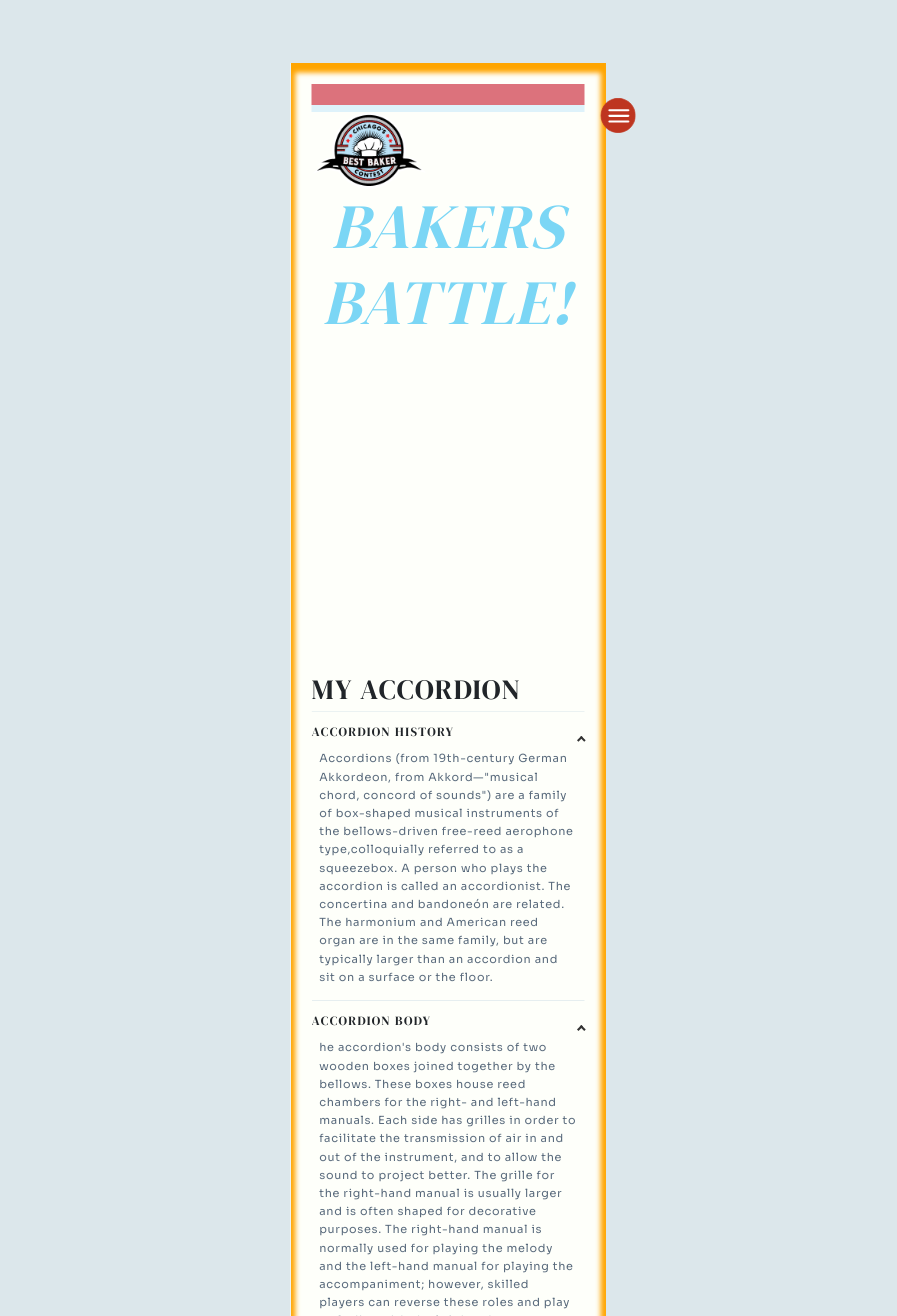
Repository: sarahnnanyelugo/bakers-battle
Page: /faq
These files come from the project's save history. The page is drawn as it stood at one moment and after the next save; the edit follows.
The browser window is 1280 px wide. The page is 1280 px wide, then 1282 px, so the pictures cover 1282 px, including what lies to the right of the window. The pictures show the part of the page from y = 0 to 1880 px (the page is 3487 px tall before and 2142 px after), at 70% of full size.
The project was rebuilt for these pictures with package versions that can differ from the ones it lists, and the page was loaded fresh each time. Also part of the build but not shown: src/components/ScreenSlide/slide.scss, src/components/ScreenSlide/ScreenSlide.js, src/pages/Home/home.scss, src/pages/Home/Home.js.

Above is the page before, as saved 2024-07-09 22:21:06.

### src/App.js
import logo from "./logo.svg";
import "./App.scss";
import "bootstrap/dist/css/bootstrap.min.css";
import { BrowserRouter, Routes, Route, Link, Outlet } from "react-router-dom";
import { Home } from "./pages/Home/Home";
import { Navbar } from "./components/Navbar/Navbar";
import { Footer } from "./components/Footer/Footer";
import { FAQ } from "./pages/FAQ/FAQ";
function App() {
  return (
    <>
      <Navbar />
      <Routes>
        <Route path="/" element={<Home />} />{" "}
        <Route path="/faq" element={<FAQ />} />{" "}
      </Routes>
      <Footer />
    </>
  );
}

export default App;

### src/App.scss
.app-btn {
  color: #fff;
  background: #dc727c;
  padding: 5px 30px;
  border-radius: 10px;
  border: solid 4px #dc727c;
  font-size: 30px;
  &:hover {
    color: #dc727c;
    background: #fff;
    transition: 0.5s ease;
  }
}

.button-92 {
  --c: #fff;

  background: linear-gradient(90deg, #0000 33%, #fff5, #0000 67%)
      var(--_p, 100%) / 300% no-repeat,
    #dc727c;

  color: #0000;
  border: none;
  transform: perspective(500px) rotateY(calc(20deg * var(--_i, -1)));
  text-shadow: calc(var(--_i, -1) * 0.08em) -0.01em 0 var(--c),
    calc(var(--_i, -1) * -0.08em) 0.01em 2px #0004;
  outline-offset: 0.1em;
  transition: 0.3s;
}

.button-92:hover,
.button-92:focus-visible {
  --_p: 0%;
  --_i: 1;
}

.button-92:active {
  text-shadow: none;
  color: var(--c);
  box-shadow: inset 0 0 9e9Q #0005;
  transition: 0s;
}

.button-92 {
  font-weight: bold;
  font-size: 2rem;
  margin: 0;
  cursor: pointer;
  padding: 0.1em 0.3em;
}

.button-48 {
  appearance: none;
  background-color: #ffffff;
  border-width: 0;
  box-sizing: border-box;
  color: #000000;
  cursor: pointer;
  display: inline-block;
  font-size: 14px;
  font-weight: 500;
  letter-spacing: 0;
  line-height: 1em;
  margin: 0;
  opacity: 1;
  outline: 0;
  padding: 1.5em 4px;
  position: relative;
  text-align: center;
  text-decoration: none;
  text-rendering: geometricprecision;
  text-transform: uppercase;
  transition: opacity 300ms cubic-bezier(0.694, 0, 0.335, 1),
    background-color 100ms cubic-bezier(0.694, 0, 0.335, 1),
    color 100ms cubic-bezier(0.694, 0, 0.335, 1);
  user-select: none;
  -webkit-user-select: none;
  touch-action: manipulation;
  vertical-align: baseline;
  white-space: nowrap;
}

.button-48:before {
  animation: opacityFallbackOut 0.5s step-end forwards;
  backface-visibility: hidden;
  background-color: #ebebeb;
  clip-path: polygon(-1% 0, 0 0, -25% 100%, -1% 100%);
  content: "";
  height: 100%;
  left: 0;
  position: absolute;
  top: 0;
  transform: translateZ(0);
  transition: clip-path 0.5s cubic-bezier(0.165, 0.84, 0.44, 1),
    -webkit-clip-path 0.5s cubic-bezier(0.165, 0.84, 0.44, 1);
  width: 100%;
}

.button-48:hover:before {
  animation: opacityFallbackIn 0s step-start forwards;
  clip-path: polygon(0 0, 101% 0, 101% 101%, 0 101%);
}

.button-48:after {
  background-color: #ffffff;
}

.button-48 span {
  z-index: 1;
  position: relative;
}
@font-face {
  font-family: SoraM;
  src: url(./assets/fonts/sora/Sora-Medium.ttf);
}
@font-face {
  font-family: SoraB;
  src: url(./assets/fonts/sora/Sora-Bold.ttf);
}
@font-face {
  font-family: SoraEB;
  src: url(./assets/fonts/sora/Sora-ExtraBold.ttf);
}
@font-face {
  font-family: SoraR;
  src: url(./assets/fonts/sora/Sora-Regular.ttf);
}
@font-face {
  font-family: SoraSB;
  src: url(./assets/fonts/sora/Sora-SemiBold.ttf);
}
@font-face {
  font-family: SoraL;
  src: url(./assets/fonts/sora/Sora-Light.ttf);
}
@font-face {
  font-family: SerifR;
  src: url(./assets/fonts/serif/DMSerifDisplay-Regular.ttf);
}
@font-face {
  font-family: SerifI;
  src: url(./assets/fonts/serif/DMSerifDisplay-Italic.ttf);
}
h1,
h2,
h3,
h4,
h5,
h6 {
  font-family: SerifR;
}

p,
li,
a,
small {
  font-family: SoraR;
}
button {
  font-family: SoraSB;
}

### src/components/Navbar/Navbar.js
import React, { useState } from "react";
import "./navbar.scss";
import Logo from "../../assets/images/logo.png";
import Flier from "../../assets/images/flier2.jpeg";
import { Link } from "react-router-dom";
export const Navbar = () => {
  const [isOpen, setIsOpen] = useState(false);
  const [hoveredElement, setHoveredElement] = useState(null);

  const toggleMenu = () => {
    setIsOpen(!isOpen);
  };

  const handleMouseEnter = (index) => {
    setHoveredElement(index);
  };

  const handleMouseLeave = () => {
    setHoveredElement(null);
  };

  return (
    <>
      <div style={{ height: "30px", background: "#DC727C" }} />
      <div style={{ height: "10px", background: "#DEF2FA" }} />
      <main>
        <img
          className="img"
          src={Logo}
          alt="Scholar"
          width="164px"
          height="110px"
        />
        <center>
          {" "}
          <h1 style={{ color: "#7BD6F5", fontSize: "90px" }}>
            <em>BAKERS BATTLE!</em>
          </h1>
        </center>

        <input type="checkbox" id="myInput" />
        <label for="myInput" className="offset-md-11 tog">
          <span class="bar top"></span>
          <span class="bar middle"></span>
          <span class="bar bottom"></span>
        </label>

        <aside>
          <div class="aside-section aside-left col-md-4">
            <div class="aside-content">
              <img
                className="img col-md-12 offset-md-"
                src={Flier}
                alt="Scholar"
                width="100%"
              />
            </div>
          </div>
          <div class="aside-section aside-right col-md-8">
            <ul class="aside-list">
              <li>
                <Link to={"/"} class="aside-anchor">
                  HOME
                </Link>
              </li>
              <li>
                <a href="" class="aside-anchor">
                  ABOUT
                </a>
              </li>
              <li>
                <Link to={"/faq"} class="aside-anchor">
                  FAQs
                </Link>
              </li>
              <li>
                <a href="" class="aside-anchor">
                  SPONSORS
                </a>
              </li>{" "}
              <li>
                <a href="" class="aside-anchor">
                  CONTACT
                </a>
              </li>
              <li>
                <a href="" class="aside-anchor">
                  REGISTER
                </a>
              </li>
            </ul>
          </div>
        </aside>
      </main>
    </>
  );
};

### src/components/Footer/Footer.js
import React from "react";
import "./footer.scss";
import Logo from "../../assets/images/logo.png";
import { Link } from "react-router-dom";
import { FaFacebook } from "react-icons/fa";
import { AiFillInstagram } from "react-icons/ai";
import { IoLogoYoutube } from "react-icons/io";
import { IoLogoWhatsapp } from "react-icons/io";
import { AiFillTwitterCircle } from "react-icons/ai";

export const Footer = () => {
  return (
    <footer>
      <center>
        <div className="col-md-3">
          <img className="img" src={Logo} alt="Scholar" width="100%" />
        </div>
      </center>{" "}
      <div className="d-flex col-md-10 offset-md-1">
        <div className="col-md-5">
          <h4>About Us</h4>
          <p>
            Kitchen Disaster's Best Baker Contest was launched as a way to
            gather people from all over the city of Lagos to celebrate the
            diverse and exacting bakers who call Lagos their home. This is an
            ample oppotunity for bakers in the city to compete with and learn
            from each other on a local stage ... until now. Come see why we
            think Kitchen Disaster's bakers are the best!
          </p>
        </div>
        <div className="col-md-2 offset-md-4">
          <h4>Quick Links</h4>
          <ul>
            <li>
              <Link to={"/"}>FAQs</Link>
            </li>{" "}
            <li>
              <Link to={"/"}>Contact us</Link>
            </li>{" "}
            <li>
              <Link to={"/"}>Register</Link>
            </li>{" "}
            <li>
              <Link to={"/"}></Link>
            </li>
          </ul>
        </div>
      </div>
      <center>
        <h4>Follow us on:</h4>
        <ul className="list-inline media-links">
          <li className="list-inline-item">
            <Link to={"/"}>
              <FaFacebook style={{ fontSize: "50px" }} />
            </Link>
          </li>{" "}
          <li className="list-inline-item">
            <Link to={"/"}>
              <AiFillInstagram style={{ fontSize: "50px" }} />
            </Link>
          </li>{" "}
          <li className="list-inline-item">
            <Link to={"/"}>
              <AiFillTwitterCircle style={{ fontSize: "50px" }} />
            </Link>
          </li>{" "}
          <li className="list-inline-item">
            <Link to={"/"}>
              <IoLogoYoutube style={{ fontSize: "50px" }} />
            </Link>
          </li>{" "}
          <li className="list-inline-item">
            <Link to={"/"}>
              <IoLogoWhatsapp style={{ fontSize: "50px" }} />
            </Link>
          </li>
        </ul>
      </center>
    </footer>
  );
};

### src/pages/FAQ/FAQ.js
import React from "react";
import "./faq.scss";
export const FAQ = () => {
  return (
    <div className="faq-container">
      <div className="faq-div"></div>

      <h1>my accordion</h1>
      <ul>
        <li>
          <input type="checkbox" checked="" />
          <i></i>
          <h2>Accordion History</h2>
          <p>
            Accordions (from 19th-century German Akkordeon, from Akkord—"musical
            chord, concord of sounds") are a family of box-shaped musical
            instruments of the bellows-driven free-reed aerophone
            type,colloquially referred to as a squeezebox. A person who plays
            the accordion is called an accordionist. The concertina and
            bandoneón are related. The harmonium and American reed organ are in
            the same family, but are typically larger than an accordion and sit
            on a surface or the floor.
          </p>
        </li>
        <li>
          <input type="checkbox" checked="" />
          <i></i>
          <h2>Accordion Body</h2>
          <p>
            he accordion's body consists of two wooden boxes joined together by
            the bellows. These boxes house reed chambers for the right- and
            left-hand manuals. Each side has grilles in order to facilitate the
            transmission of air in and out of the instrument, and to allow the
            sound to project better. The grille for the right-hand manual is
            usually larger and is often shaped for decorative purposes. The
            right-hand manual is normally used for playing the melody and the
            left-hand manual for playing the accompaniment; however, skilled
            players can reverse these roles and play melodies with the left hand
          </p>
        </li>
        <li>
          <input type="checkbox" checked="" />
          <i></i>
          <h2>Accordion</h2>
          <p>
            Accordions are a family of box-shaped musical instruments of the
            bellows-driven free-reed aerophone type, colloquially referred to as
            a squeezebox. A person who plays the accordion is called an
            accordionist.
          </p>
        </li>
      </ul>
    </div>
  );
};

### src/components/Navbar/navbar.scss
@import url("https://fonts.googleapis.com/css?family=Montserrat");

main {
  height: 800px;
  position: relative;
  overflow: hidden;
}

.aside-section {
  top: 0;
  bottom: 0;
  position: absolute;
}

.aside-left {
  display: none;
  width: 40%;
  left: 0;
  background: #dc727c;

  -webkit-transform: translateY(-100%);
  -moz-transform: translateY(-100%);
  -ms-transform: translateY(-100%);
  -o-transform: translateY(-100%);
  transform: translateY(-100%);
  transition: transform 0.9s ease-in-out;
}

.aside-right {
  width: 100%;
  right: 0;
  background-color: #def2fa;
  -webkit-transform: translateX(100%);
  -moz-transform: translateX(100%);
  -ms-transform: translateX(100%);
  -o-transform: translateX(100%);
  transform: translateX(100%);
  transition: transform 0.9s ease-in-out;
}

.aside-list {
  list-style: none;
  padding: 0;
  margin: 0;
  margin-top: 150px;
  text-align: left;
  padding-left: 50px;
}

.aside-content {
  //   margin-top: 150px;
  padding: 0 40px;
  position: relative;
  color: white;
  text-align: center;
}

.aside-list li {
  margin-bottom: 20px;
}

.aside-anchor::after {
  content: "";
  position: absolute;
  bottom: 0;
  background-color: #ff5964;
  left: 0;
  right: 0;
  height: 6px;
  border-radius: 6px;
}

.aside-anchor::before {
  border-radius: 3px;
  content: "";
  position: absolute;
  bottom: 0;
  background-color: rgb(9, 1, 1);
  left: 0;
  height: 6px;
  z-index: 1;
  width: 50%;
  -webkit-transition: transform 0.2s ease-in-out;
  -o-transition: transform 0.2s ease-in-out;
  transition: transform 0.2s ease-in-out;
}

.aside-anchor:hover:before {
  -webkit-transform: translateX(100%);
  -moz-transform: translateX(100%);
  -ms-transform: translateX(100%);
  -o-transform: translateX(100%);
  transform: translateX(100%);
}

.aside-anchor {
  padding-bottom: 7px;
  color: rgb(14, 14, 14);
  text-decoration: none;
  font-size: 30px;
  position: relative;
  font-weight: 500;
}

input[type="checkbox"] {
  display: none;
}

input[type="checkbox"]:checked ~ aside .aside-left {
  transform: translateY(0%);
}

input[type="checkbox"]:checked ~ aside .aside-right {
  transform: translateX(0%);
}

input[type="checkbox"]:checked ~ label .bar {
  background-color: #fff;
}

input[type="checkbox"]:checked ~ label .top {
  -webkit-transform: translateY(0px) rotateZ(45deg);
  -moz-transform: translateY(0px) rotateZ(45deg);
  -ms-transform: translateY(0px) rotateZ(45deg);
  -o-transform: translateY(0px) rotateZ(45deg);
  transform: translateY(0px) rotateZ(45deg);
}

input[type="checkbox"]:checked ~ label .bottom {
  -webkit-transform: translateY(-15px) rotateZ(-45deg);
  -moz-transform: translateY(-15px) rotateZ(-45deg);
  -ms-transform: translateY(-15px) rotateZ(-45deg);
  -o-transform: translateY(-15px) rotateZ(-45deg);
  transform: translateY(-15px) rotateZ(-45deg);
}

input[type="checkbox"]:checked ~ label .middle {
  width: 0;
}

.middle {
  margin: 0 auto;
}

label {
  top: 40px;
  display: inline-block;
  padding: 10px 10px;
  background-color: transparent;
  cursor: pointer;
  margin: 10px;
  z-index: 3;
  position: fixed;
}

.bar {
  display: block;
  background-color: #fff;
  width: 30px;
  height: 3px;
  border-radius: 5px;
  margin: 5px auto;
  transition: background-color 0.4s ease-in, transform 0.4s ease-in,
    width 0.4s ease-in;
}

@media (min-width: 992px) {
  h1 {
    font-size: 40px;
  }
  .aside-left {
    display: block;
  }

  .aside-right {
    width: 60%;
  }
}
.tog {
  height: 50px;
  width: 50px;
  border: solid 1px #be3520;
  background: #be3520;
  border-radius: 50%;
}

### src/components/Footer/footer.scss
footer {
  background: #def2fa;
  //   padding-top: 30px;
  padding-bottom: 30px;
  margin-top: 190px;
  img {
    margin-top: -100px;
  }
  a {
    color: #000;
    text-decoration: none;
    font-size: 18px;
    &:hover {
      color: #dc727c;
    }
  }
}
.media-links {
  li {
    font-size: 50px !important;
  }
}

### src/pages/FAQ/faq.scss
html {
  width: 100%;
  height: 100%;
  color: rgba(48, 69, 92, 0.8);
  background: #dce7eb;
  overflow-y: scroll;
}
body {
  font-family: "Titillium Web", sans-serif;
  min-height: 0;
  max-width: 450px;
  display: inline-block;
  position: relative;
  left: 50%;
  transform: translate(-50%, 0);
  margin: 90px 0;
  padding: 30px;
  background: #fefffa;
  box-shadow: 0 7px 7px 7px orange inset;
}

h2,
h1 {
  text-transform: uppercase;
  letter-spacing: 2px;
}
h2 {
  font-size: 18px;
}
ul {
  list-style: none;
  padding: 0;
  margin: 0;
}
ul li {
  position: relative;
  padding-bottom: 4px;
  padding-top: 18px;
  border-top: 1px solid #dce7eb;
}
ul li input[type="checkbox"] {
  position: absolute;
  cursor: pointer;
  width: 100%;
  height: 100%;
  z-index: 1;
  opacity: 0;
}
ul li i {
  position: absolute;
  transform: translate(-6px, 0);
  margin-top: 16px;
  right: 0;
}
ul li input[type="checkbox"]:checked ~ p {
  margin-top: 0;
  max-height: 0;
  opacity: 0;
  transform: translateX(-50%);
}

ul li input[type="checkbox"]:checked ~ i::before {
  transform: translate(2px, 0) rotate(45deg);
}
ul li input[type="checkbox"]:checked ~ i::after {
  transform: translate(-2px, 0) rotate(-45deg);
}
ul li i::before,
ul li i::after {
  content: "";
  position: absolute;
  background: #333;
  width: 3px;
  height: 9px;
}
ul li i::before {
  transform: translate(-2px, 0) rotate(45deg);
}
ul li i:after {
  transform: translate(2px, 0) rotate(-45deg);
}
p {
  font-size: 16px;
  color: rgba(48, 69, 92, 0.8);
  line-height: 26px;
  letter-spacing: 1px;
  position: relative;
  padding: 0 11px;
  max-height: 800px;
  margin-top: 14px;
  opacity: 1;
  transform: translate(0, 0);
  overflow: hidden;
}
.transition,
p,
ul li i:before,
ul li i:after {
  transition: all 0.25s ease-in-out;
}
.flipIn,
h1,
ul li {
  animation: flipdown 0.5s ease both;
}
ul li:nth-of-type(1) {
  animation-delay: 0.5s;
}
ul li:nth-of-type(2) {
  animation-delay: 0.75s;
}
ul li:nth-of-type(3) {
  animation-delay: 1s;
}
ul li:last-of-type {
  padding-bottom: 0;
}

@keyframes flipdown {
  0% {
    opacity: 0;
    transform-origin: top center;
    transform: rotateX(-90deg);
  }
  5% {
    opacity: 1;
  }
  80% {
    transform: rotateX(8deg);
  }
  83% {
    transform: rotateX(6deg);
  }
  92% {
    transform: rotateX(-3deg);
  }
  100% {
    transform-origin: top center;
    transform: rotateX(0deg);
  }
}

Loaded but not shown: public/index.html (common file); src/index.js (common file); src/index.css (common file); src/reportWebVitals.js (common file)

After the next save:
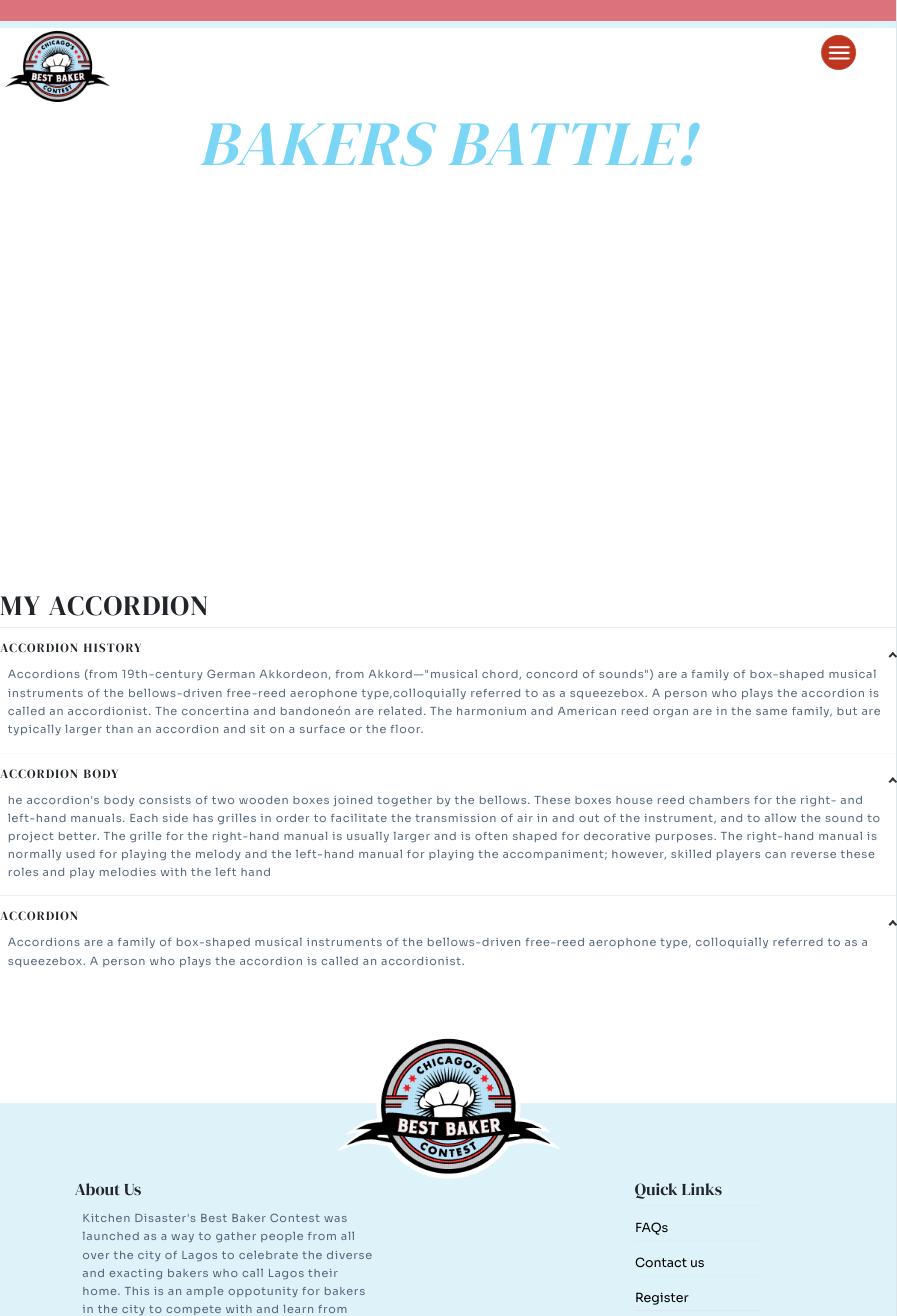
Saved 25 s later.
--- a/src/pages/FAQ/faq.scss
+++ b/src/pages/FAQ/faq.scss
@@ -5,7 +5,7 @@
   background: #dce7eb;
   overflow-y: scroll;
 }
-body {
+.faqs {
   font-family: "Titillium Web", sans-serif;
   min-height: 0;
   max-width: 450px;
